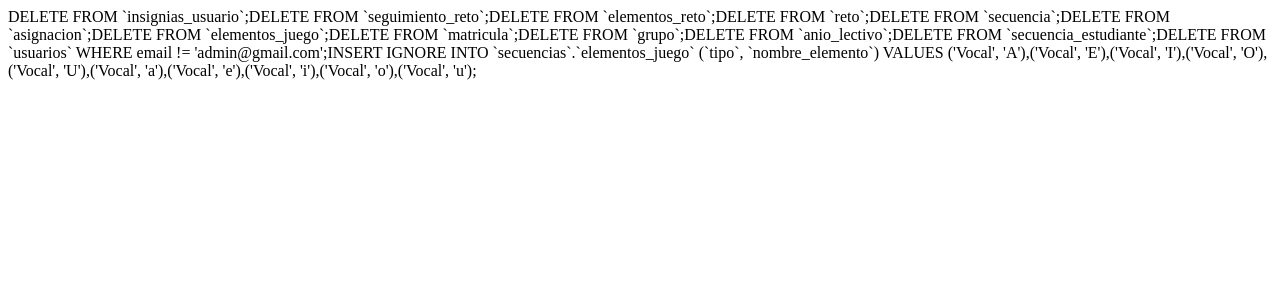
Repository: natoncia33/secuencias
Page: http://localhost/secuencias/eliminar_todo.php
The author's editor kept a record of every edit. The page is drawn from the files as they stood at one moment, then again after the next edit.
The browser window is 1280 px wide. The pictures show the whole page.
The page is run by PHP 8.4 with error messages shown; the project is at /var/www/html/.

Above is the page before.

### secuencias/eliminar_todo.php
<?php
require ("config/conexion.php");
$sql = "DELETE FROM `insignias_usuario`;";
$sql .= "DELETE FROM `seguimiento_reto`;";
$sql .= "DELETE FROM `elementos_reto`;";
$sql .= "DELETE FROM `reto`;";
$sql .= "DELETE FROM `secuencia`;";
$sql .= "DELETE FROM `asignacion`;";
#$sql .= "DELETE FROM `avatar`;";
$sql .= "DELETE FROM `elementos_juego`;";
#$sql .= "DELETE FROM `iconos`;";
#$sql .= "DELETE FROM `insignia`;";
$sql .= "DELETE FROM `matricula`;";
$sql .= "DELETE FROM `grupo`;";
$sql .= "DELETE FROM `anio_lectivo`;";
$sql .= "DELETE FROM `secuencia_estudiante`;";
$sql .= "DELETE FROM `usuarios` WHERE email != 'admin@gmail.com';";
$sql .= "INSERT IGNORE INTO `secuencias`.`elementos_juego` (`tipo`, `nombre_elemento`) VALUES ('Vocal', 'A'),('Vocal', 'E'),('Vocal', 'I'),('Vocal', 'O'),('Vocal', 'U'),('Vocal', 'a'),('Vocal', 'e'),('Vocal', 'i'),('Vocal', 'o'),('Vocal', 'u');";
echo $sql;
//$mysqli->multi_query($sql);
?>

### secuencias/config/conexion.php
<?php
/*
$servidorbd = 'sql211.55freehost.com';
$usuariobd = 'hzree_19182551';
$passwordbd = 'notieneclaveparaestesoftware';
$basededatos = 'hzree_19182551_secuencias';
*/
$servidorbd = 'localhost';
$usuariobd = 'secuencias';
$passwordbd = 'secuenciasaaam';
$basededatos = 'secuencias';
$mysqli = new mysqli ($servidorbd,$usuariobd,$passwordbd,$basededatos);
if (mysqli_connect_errno()){
echo "error".mysqli_connect_errno();}else{
if($mysqli){
mysqli_set_charset($mysqli,'utf8');
}
}
 ini_set('date.timezone', 'America/Bogota');
 date_default_timezone_set('America/Bogota');
$results = $mysqli->query("SET session wait_timeout=28800", FALSE);//solución error 2006
$results = $mysqli->query("SET session interactive_timeout=28800", FALSE);//solución error 2006
/*URL Raiz*/
$url_raiz = str_replace("\\","/",dirname(__FILE__));
$url_raiz = str_replace($_SERVER['DOCUMENT_ROOT'],"",$url_raiz);
$url_raiz = "//".$_SERVER['SERVER_NAME']."/".$url_raiz;
$url_raiz =  str_replace("config","",$url_raiz);

 ?>

After the next edit:
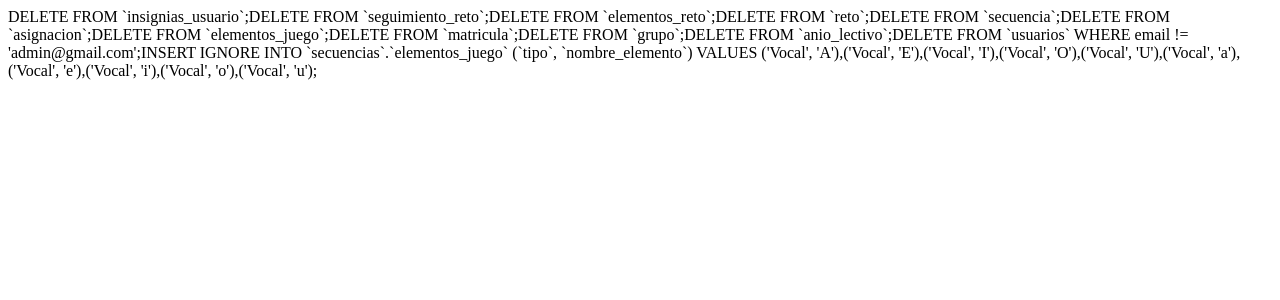
The edit:
--- a/secuencias/eliminar_todo.php
+++ b/secuencias/eliminar_todo.php
@@ -13,7 +13,7 @@
 $sql .= "DELETE FROM `matricula`;";
 $sql .= "DELETE FROM `grupo`;";
 $sql .= "DELETE FROM `anio_lectivo`;";
-$sql .= "DELETE FROM `secuencia_estudiante`;";
+
 $sql .= "DELETE FROM `usuarios` WHERE email != 'admin@gmail.com';";
 $sql .= "INSERT IGNORE INTO `secuencias`.`elementos_juego` (`tipo`, `nombre_elemento`) VALUES ('Vocal', 'A'),('Vocal', 'E'),('Vocal', 'I'),('Vocal', 'O'),('Vocal', 'U'),('Vocal', 'a'),('Vocal', 'e'),('Vocal', 'i'),('Vocal', 'o'),('Vocal', 'u');";
 echo $sql;
